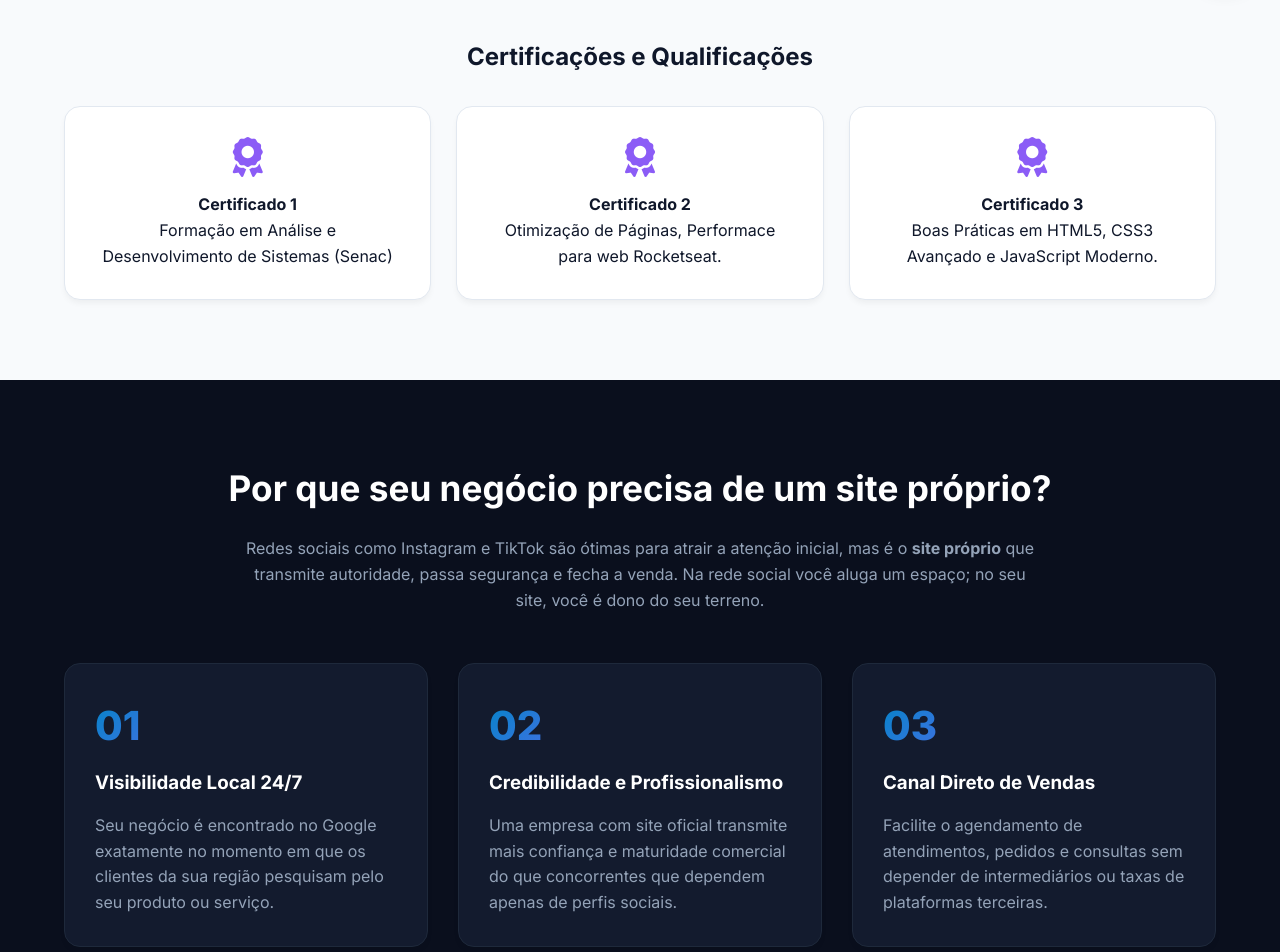
Repository: JeffRodFer/meuPortifolio
Page: index.html
The author's editor kept a copy of each file at every save. The page is drawn from the files as they stood at one save, then again after a run of saves.
The browser window is 1280 px wide. The pictures show the part of the page from y = 717 to 1669 px (the page is 4374 px tall before and 4400 px after).

Above is the page before, as saved 2026-09-07 02:02:05.

After the next 3 saves:
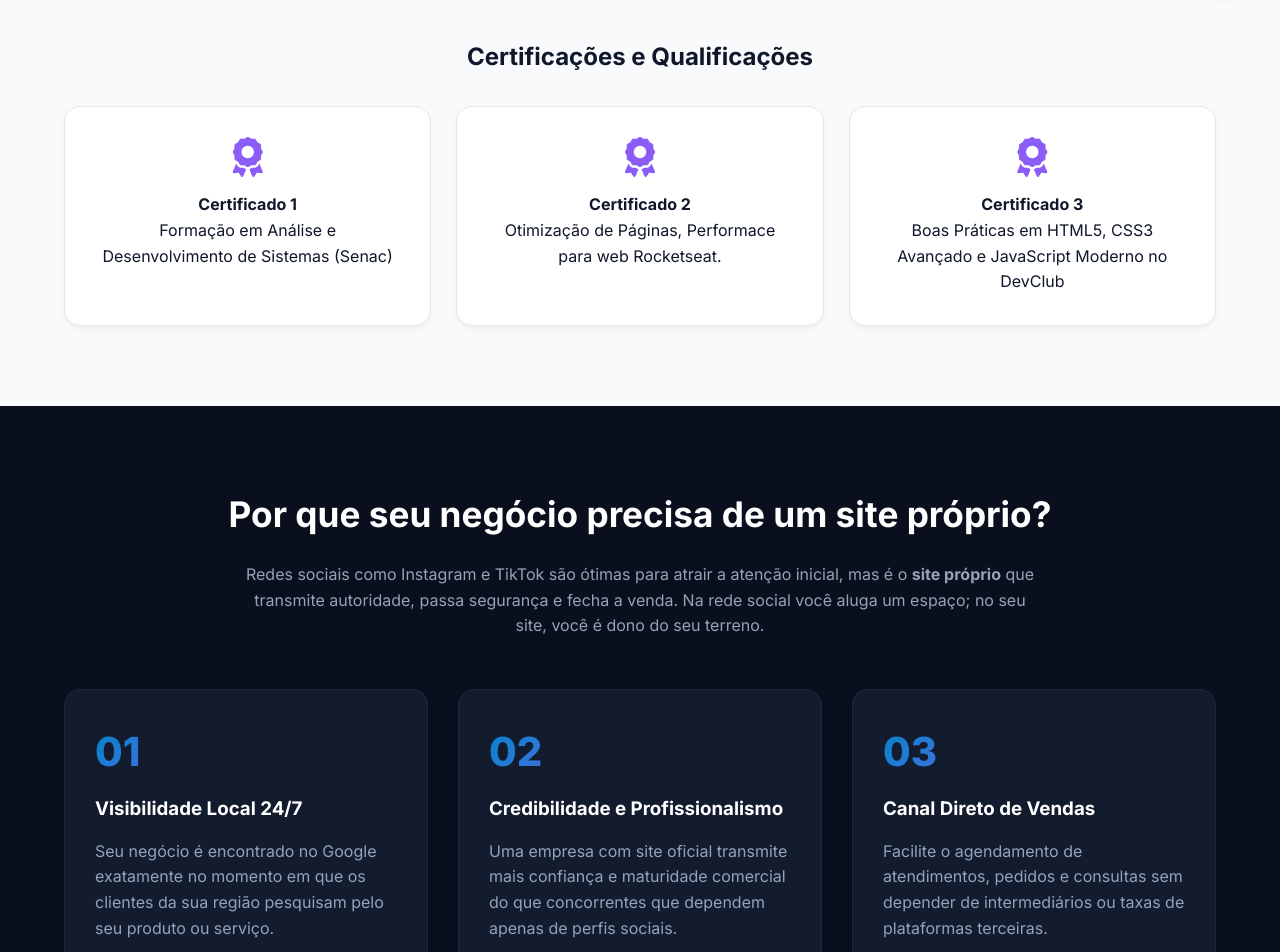
The 3 saves are shown as one change because they came seconds apart.
The last was saved 16 s later.
--- a/index.html
+++ b/index.html
@@ -65,7 +65,7 @@
         <div class="card certificate-card">
           <i class="fas fa-award card-icon"></i>
           <h4>Certificado 3</h4>
-          <p>Boas Práticas em HTML5, CSS3 Avançado e JavaScript Moderno.</p>
+          <p>Boas Práticas em HTML5, CSS3 Avançado e JavaScript Moderno no DevClub</p>
         </div>
       </div>
     </div>
